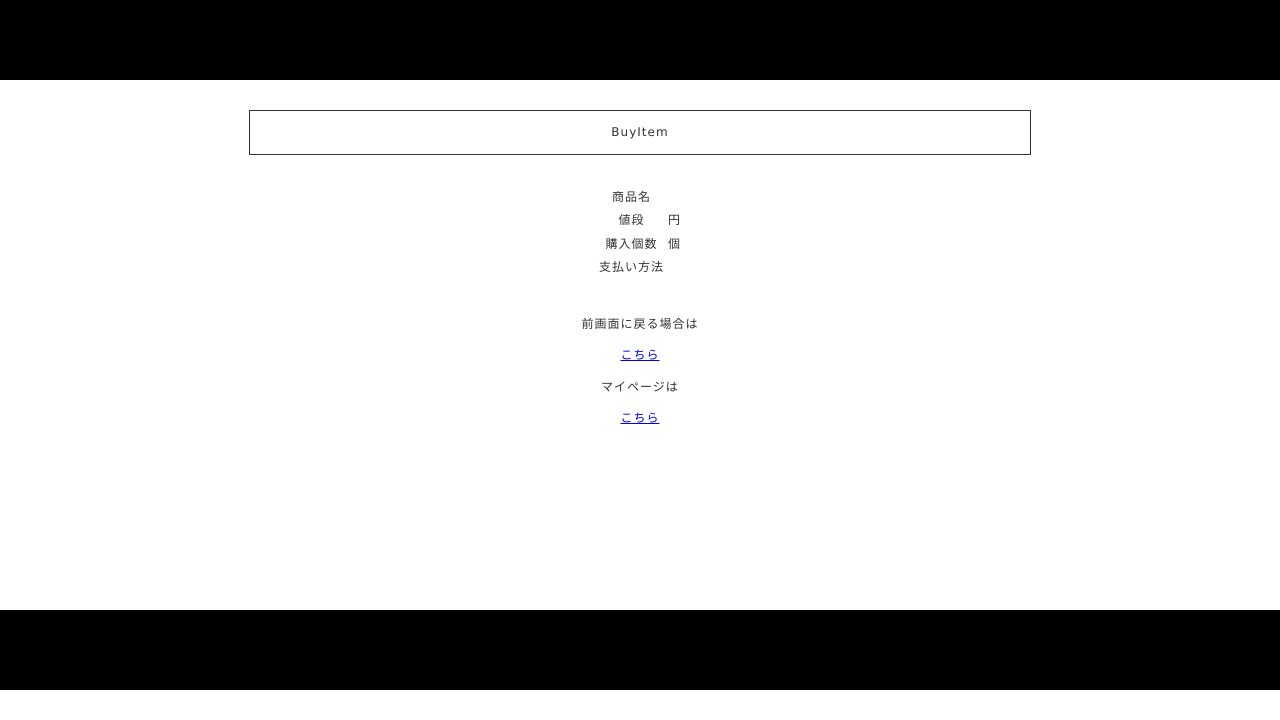
Repository: xiezom/test
Page: http://localhost/ecsite/buyItemConfirm.jsp
An editor plug-in stored every save of this project. The page is shown before and after the next save, followed by the edit.
The browser window is 1280 px wide. The pictures show the whole page.
The page is served by Tomcat 9.

Above is the page before, as saved 2019-03-08 08:01:37.

After the next save:
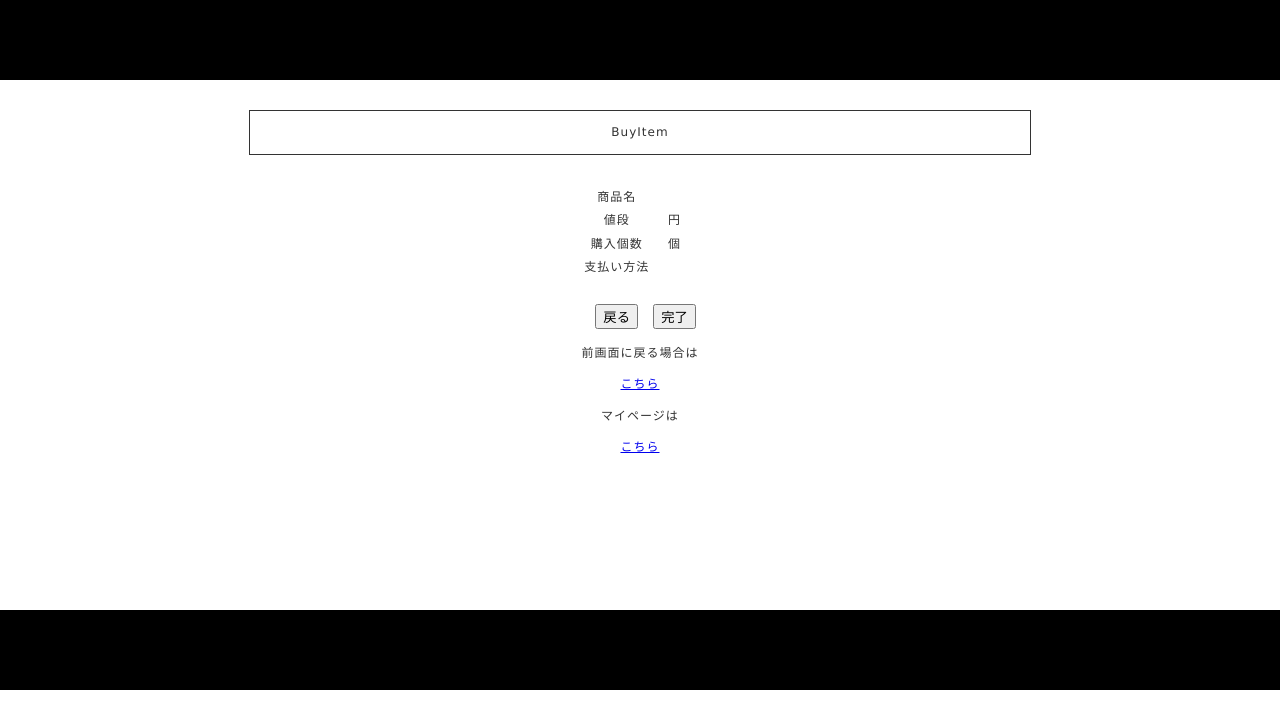
Saved 2 min 52 s later.
--- a/ecsite/WebContent/buyItemConfirm.jsp
+++ b/ecsite/WebContent/buyItemConfirm.jsp
@@ -95,6 +95,9 @@
 					<tr>
 						<td><br/></td>
 					</tr>
+					<tr>
+						<td><input type="button" value="戻る" onclick="submitAction('HomeAction')"/></td>
+						<td><input type="button" value="完了" onclick="submitAction('BuyItemConfirmAction')"/></td>
 			</s:form>
 			<div>
 				<p>前画面に戻る場合は</p> <a href='<s:url action="GoHomeAction" />'>こちら</a>
